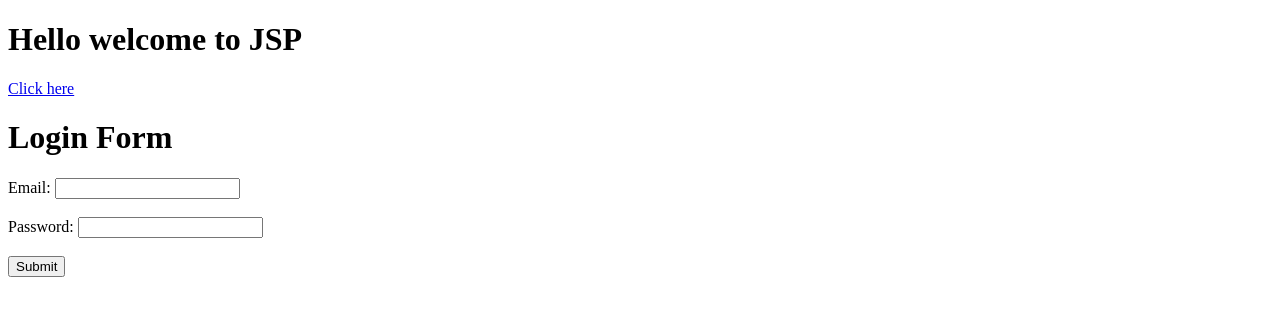
Repository: gauravrathod802/Java-Servlet
Page: http://localhost/MyFirstProject/
The author's editor kept a copy of each file at every save. The page is drawn from the files as they stood at one save, then again after the next save.
The browser window is 1280 px wide. The pictures show the whole page.
The page is served by Tomcat 9. Other server files are loaded and not shown.

Above is the page before, as saved 2024-01-08 12:23:26.

### MyFirstProject/WebContent/index.jsp
<%@ page language="java" contentType="text/html; charset=ISO-8859-1"
    pageEncoding="ISO-8859-1"%>
<!DOCTYPE html>
<html>
<head>
<meta charset="ISO-8859-1">
<title>Java Servlet</title>
</head>
<body>
<h1>Hello welcome to JSP</h1>
<a href="MyServlet" >Click here</a>

<h1>Login Form</h1>
<form>
<label>Email:</label>
<input type="email"><br><br>
<label>Password:</label>
<input type="password"><br><br>
<input type="submit">
</form>
</body>
</html>

After the next save:
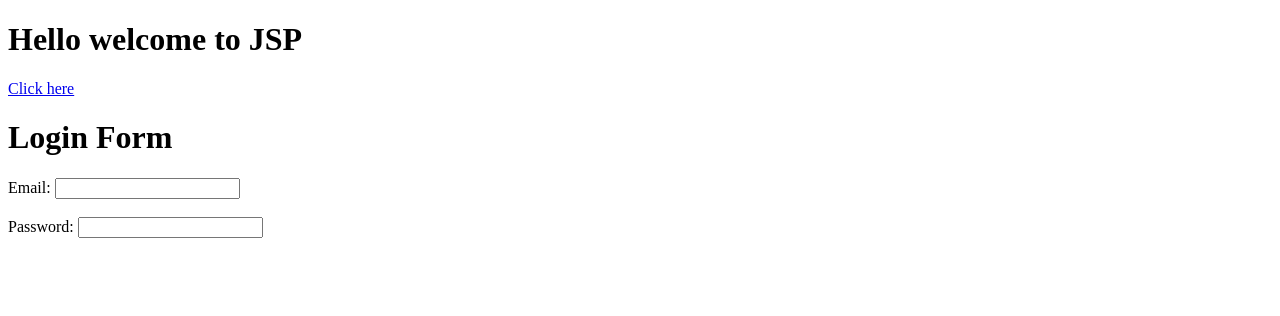
Saved 16 s later.
--- a/MyFirstProject/WebContent/index.jsp
+++ b/MyFirstProject/WebContent/index.jsp
@@ -16,7 +16,7 @@
 <input type="email"><br><br>
 <label>Password:</label>
 <input type="password"><br><br>
-<input type="submit">
+<input type="submit" value=">
 </form>
 </body>
 </html>
